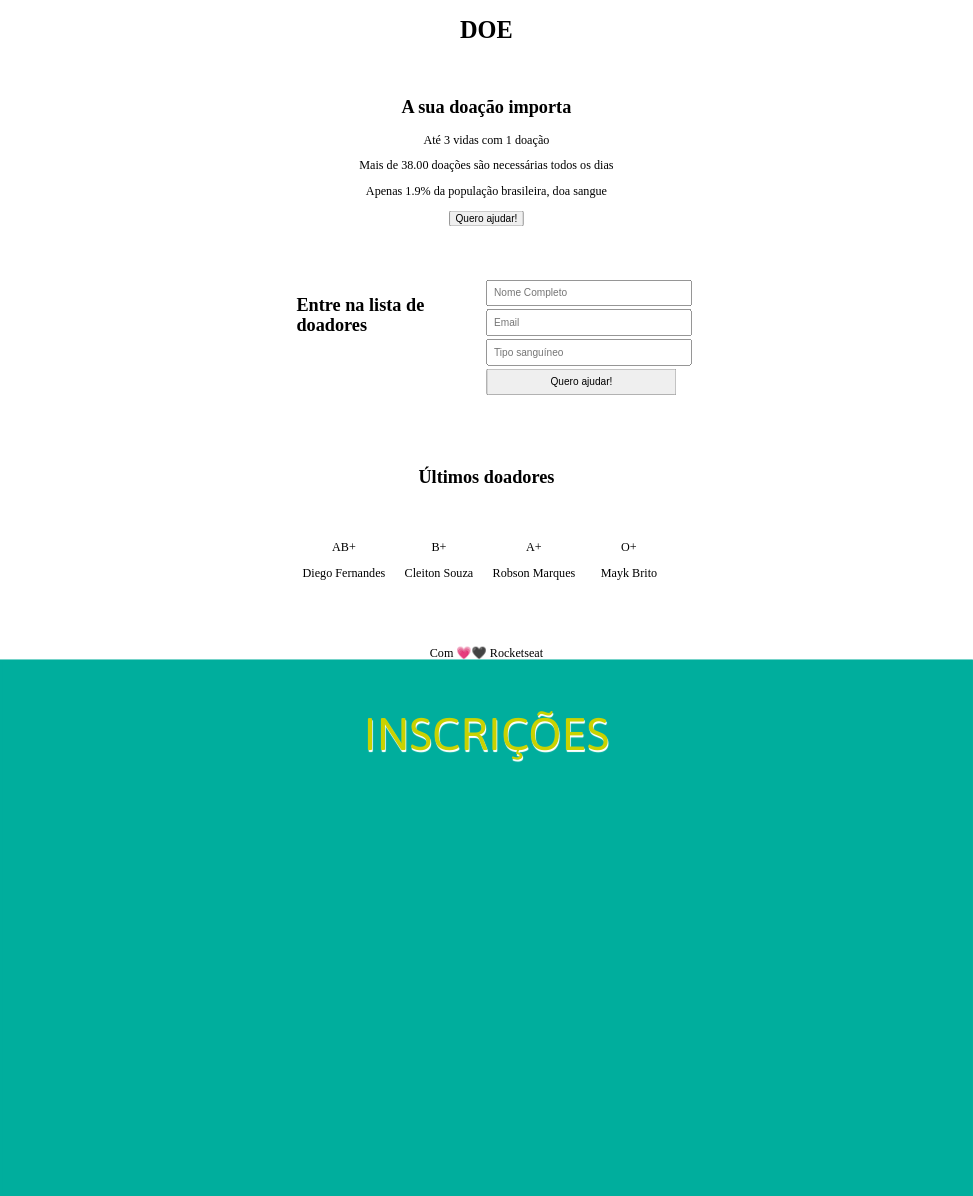
Repository: lucas-silva-dev/Doe
Page: index.html
An editor plug-in stored every save of this project. The page is shown before and after the next save, followed by the edit.
The browser window is 1280 px wide. The pictures show the whole page, at 76% of full size.

Above is the page before, as saved 2020-02-18 14:23:40.

### index.html
<!DOCTYPE html>
<!-- HTML
  HYPERTEXT
    Texto que contém links para outros documentos

  MARKUP
    Texto conterá marcações
    <tags>

  LANGUAGE
    Para comunicar de certa maneira. Sintaxe específica
-->
<html>

<head>
  <!-- são as configurações da minha página-->
  <title>Doe sangue! Doe vida!</title>

  <link rel="stylesheet" href="style.css">
  <link href="https://fonts.googleapis.com/css?family=Asap&display=swap" rel="stylesheet">

</head>

<body>
  <!-- Aqui vem todo conteúdo visível para o usuário, dentro de certa página-->
  <header>
    <h1>DOE</h1>
    <h2>A sua doação importa</h2>
    <p>Até 3 vidas com 1 doação</p>
    <p>Mais de 38.00 doações são necessárias todos os dias</p>
    <p>Apenas 1.9% da população brasileira, doa sangue</p>
    <button>Quero ajudar!</button>
  </header>

  <section class="form">
    <h2>Entre na lista de doadores</h2>
    <form action="/">
      <input type="text" name="name" placeholder="Nome Completo">
      <input type="text" name="email" placeholder="Email">
      <input type="text" name="blood" placeholder="Tipo sanguíneo">
      <button type="submit">Quero ajudar!</button>
    </form>
  </section>

  <main>
    <h2>Últimos doadores</h2>

    <section class="donors">
      <div class="donor">
        <div class="blood">AB+</div>
        <p>Diego Fernandes</p>
      </div>
      <div class="donor">
        <div class="blood">B+</div>
        <p>Cleiton Souza</p>
      </div>
      <div class="donor">
        <div class="blood">A+</div>
        <p>Robson Marques</p>
      </div>
      <div class="donor">
        <div class="blood">O+</div>
        <p>Mayk Brito</p>
      </div>
    </section>
  </main>

  <footer> Com 💗🖤 Rocketseat</footer>
  <div class="cred">
    <p>INSCRIÇÕES</p>
  </div>
</body>

</html>

### style.css
/*
  CASCADING STYLESHEET
*/

/* GLOBAL */
html,
body {
  margin: 0;
  box-sizing: border-box;
}

body {
  display: flex;
  flex-direction: column;
  /* height: 100vh; */
}

/* TITULOS */
header h1,
main h2 {
  margin-bottom: 70px;
}

/* ESTRUTURA */
header,
main,
footer {
  /* alinhamento de textos */
  text-align: center;
}

header,
.form,
main {
  /* espaçamentos com margin */
  margin: 0 auto 70px;

  /* limites dos elementos */
  width: 90%;
  max-width: 500px;
}

/* FORM */
section.form {
  display: grid;
  grid-template-columns: 1fr 1fr;
}

form input,
form button {
  width: 100%;
  margin-bottom: 4px;
  padding: 8px;
}
/* MAIN */
main .donors {
  display: grid;
  grid-template-columns: 1fr 1fr 1fr 1fr;
}

footer {
  margin-top: auto;
}

div.cred {
  width: auto;
  height: 700px;
  text-align: center;
  font-family: "Asap", sans-serif;
  font-size: 60px;
  background: #00ae9d;
  box-shadow: 0px 4px 4px rgba(0, 0, 0, 0.25), 0px 4px 4px rgba(0, 0, 0, 0.25);
  color: #c9d200;
  mix-blend-mode: normal;
  border: 3px solid #00ae9d;
  text-shadow: 1px 2px 1px #ffffff;
}

After the next save:
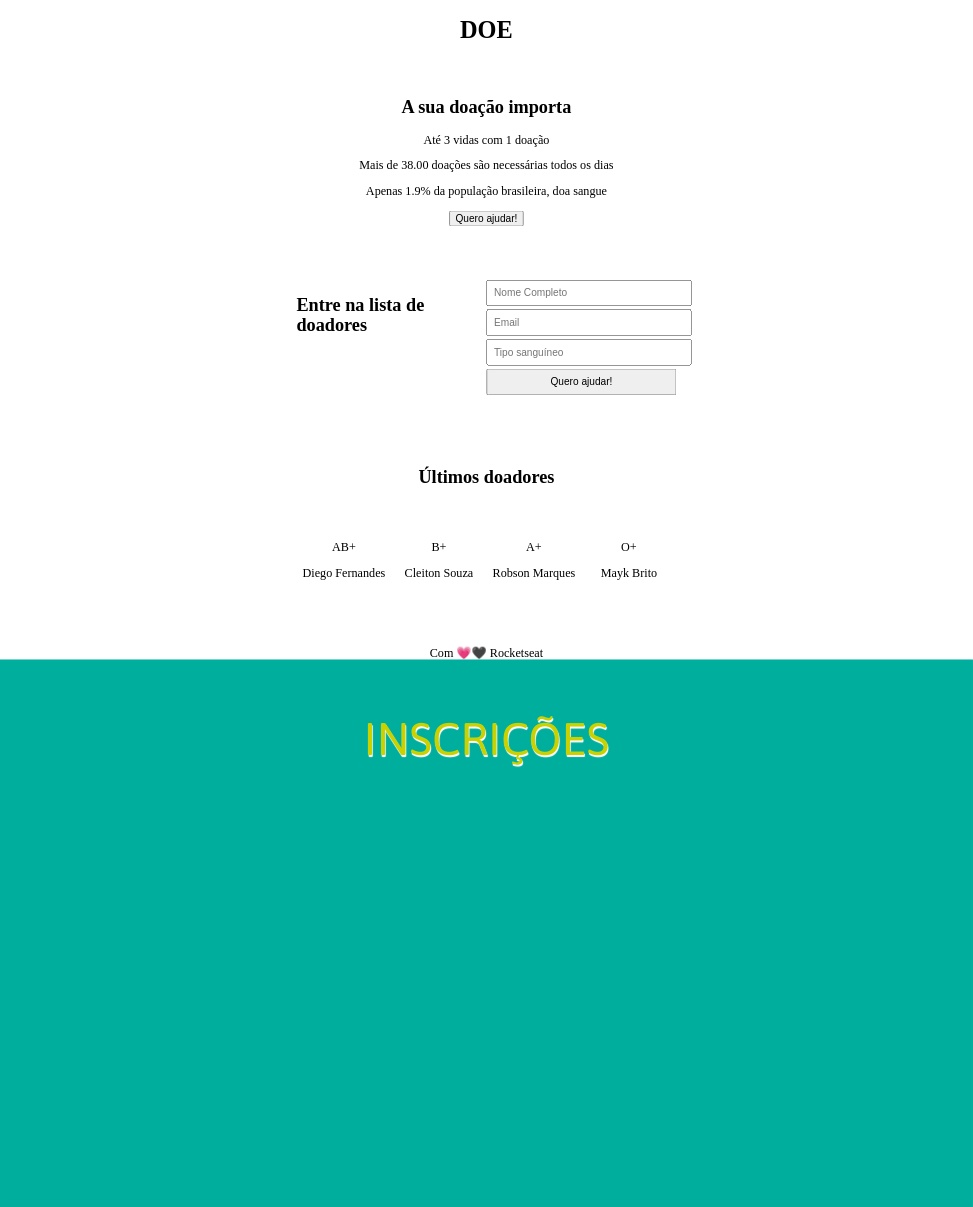
Saved 4 s later.
--- a/style.css
+++ b/style.css
@@ -72,6 +72,6 @@ div.cred {
   box-shadow: 0px 4px 4px rgba(0, 0, 0, 0.25), 0px 4px 4px rgba(0, 0, 0, 0.25);
   color: #c9d200;
   mix-blend-mode: normal;
-  border: 3px solid #00ae9d;
+  border: 10px solid #00ae9d;
   text-shadow: 1px 2px 1px #ffffff;
 }
